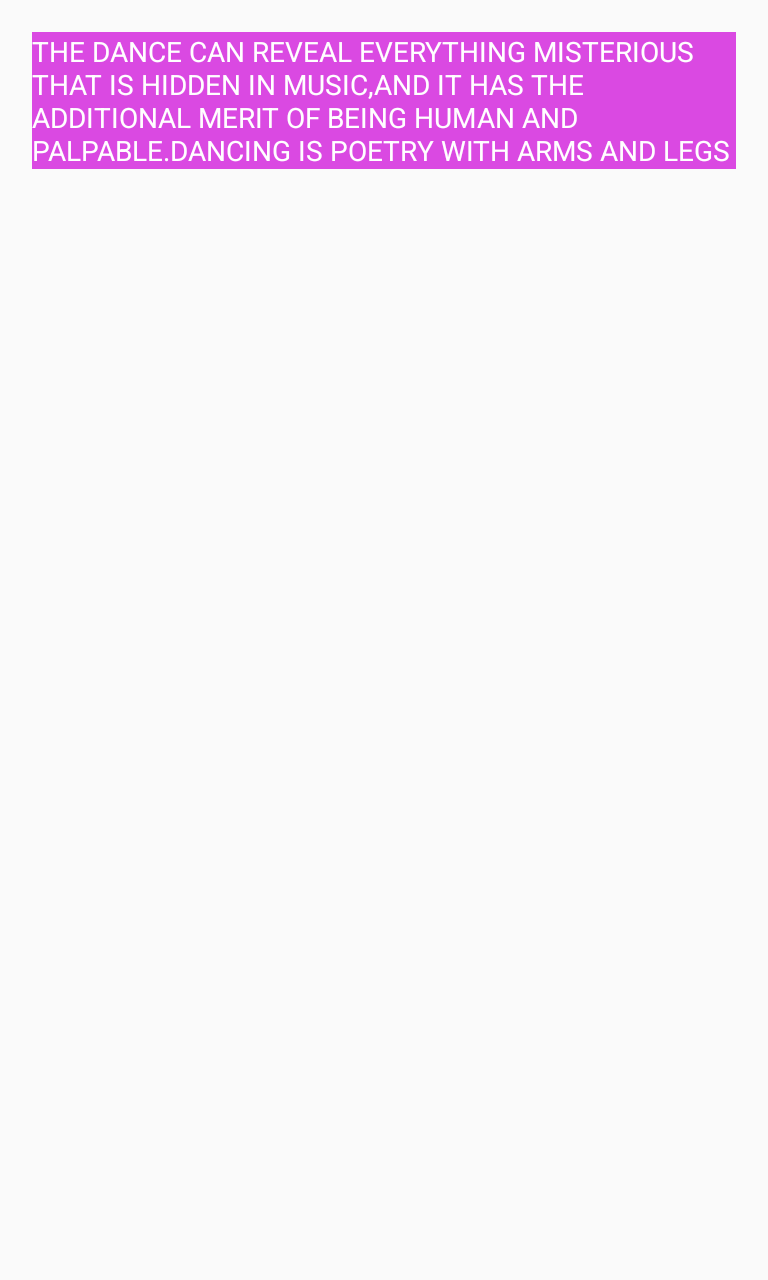
Repository: roopasree/new-pgm
Layout: Appnew/res/layout/activity_main.xml
An editor plug-in stored every save of this project. The layout is shown before and after the next save, followed by the edit.
It is drawn on a 768 x 1280 px phone screen (xhdpi) without system bars, with theme AppTheme; the app's code is not run.

Above is the layout before, as saved 2015-02-16 08:16:25.

### Appnew/res/layout/activity_main.xml
<RelativeLayout xmlns:android="http://schemas.android.com/apk/res/android"
    xmlns:tools="http://schemas.android.com/tools"
    android:layout_width="match_parent"
    android:layout_height="match_parent"
    android:paddingBottom="@dimen/activity_vertical_margin"
    android:paddingLeft="@dimen/activity_horizontal_margin"
    android:paddingRight="@dimen/activity_horizontal_margin"
    android:paddingTop="@dimen/activity_vertical_margin"
    tools:context="com.example.appnew.MainActivity" >

    <TextView
        android:id="@+id/textView1"
        android:layout_width="match_parent"
        android:layout_height="wrap_content"
        android:background="#DA49E2"
        android:textColor="#FFFFFF"
        android:text="THE DANCE CAN REVEAL EVERYTHING MISTERIOUS THAT IS HIDDEN IN MUSIC,AND IT HAS THE ADDITIONAL MERIT OF BEING HUMAN AND PALPABLE.DANCING IS POETRY WITH ARMS AND LEGS" />

</RelativeLayout>

Loaded but not shown: Appnew/res/values/styles.xml (common file); Appnew/res/values-v11/styles.xml (common file); Appnew/res/values-v14/styles.xml (common file); Appnew/res/values/dimens.xml (common file); Appnew/res/values-w820dp/dimens.xml (common file)

After the next save:
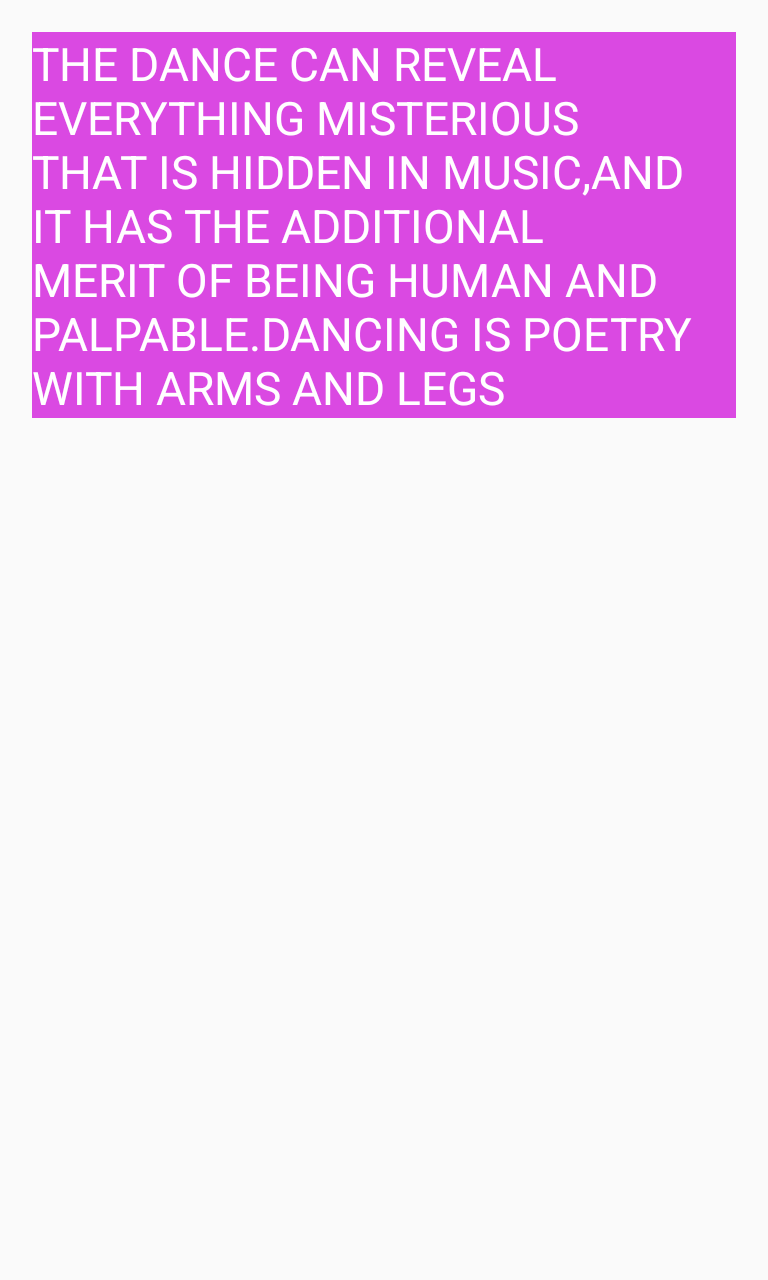
Saved 62 s later.
--- a/Appnew/res/layout/activity_main.xml
+++ b/Appnew/res/layout/activity_main.xml
@@ -13,6 +13,7 @@
         android:layout_width="match_parent"
         android:layout_height="wrap_content"
         android:background="#DA49E2"
+     android:textSize="23dp"
         android:textColor="#FFFFFF"
         android:text="THE DANCE CAN REVEAL EVERYTHING MISTERIOUS THAT IS HIDDEN IN MUSIC,AND IT HAS THE ADDITIONAL MERIT OF BEING HUMAN AND PALPABLE.DANCING IS POETRY WITH ARMS AND LEGS" />
 
